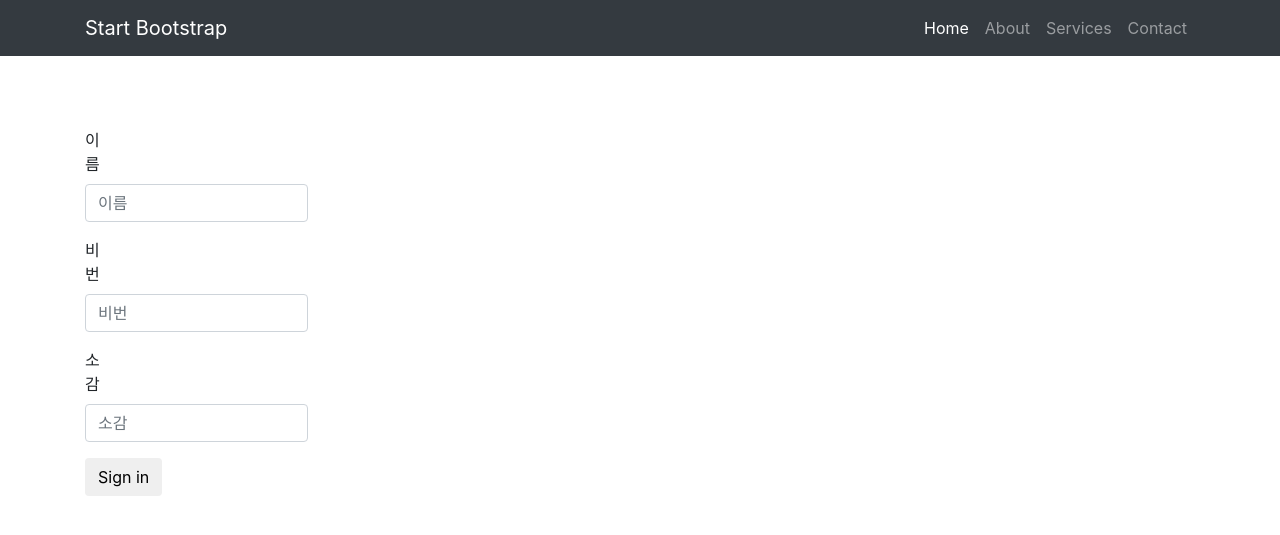
Repository: lukawitch/DB_Homework
Page: http://localhost/DB_Gallary/CwriteForm.jsp
The author's editor kept a copy of each file at every save. The page is drawn from the files as they stood at one save, then again after the next save.
The browser window is 1280 px wide. The pictures show the whole page.
The page is served by Tomcat 9.

Above is the page before, as saved 2018-06-10 05:33:56.

After the next save:
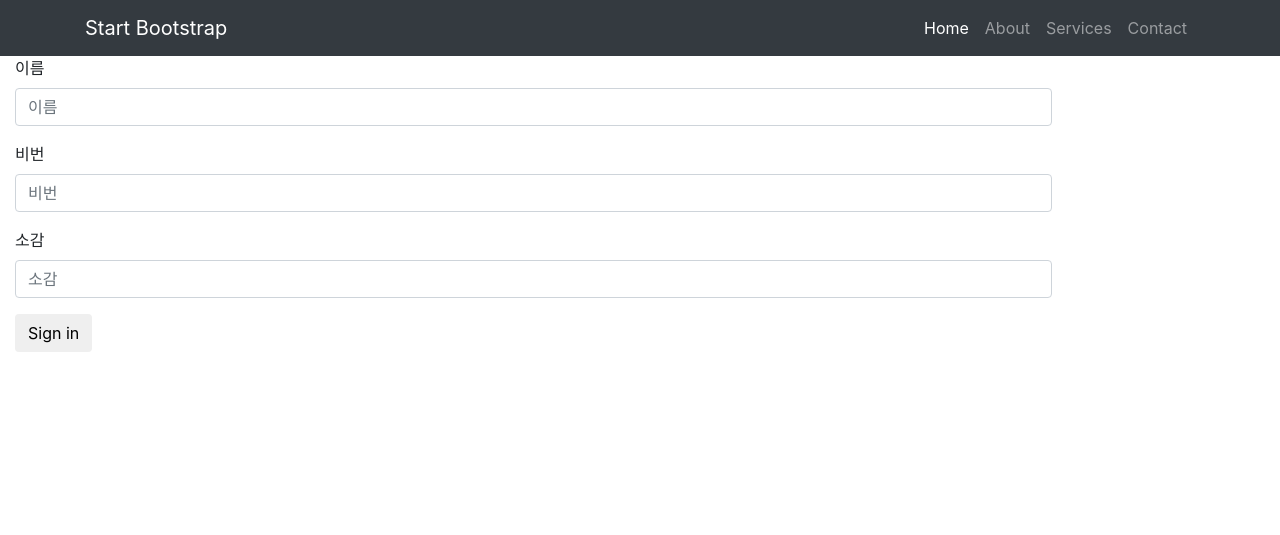
Saved 10 min 6 s later.
--- a/DB_Gallary/WebContent/CwriteForm.jsp
+++ b/DB_Gallary/WebContent/CwriteForm.jsp
@@ -8,12 +8,6 @@
 <body>
  <%@include file="nav.jsp"%>
 
- <div class="container">
-      <br>
-   <br>
-   <br>
-
-      <div class="row">
 <form class="form-horizontal" action="Cwrite.jsp" method="post">
   <div class="form-group">
     <label for="inputEmail3" class="col-sm-2 control-label">이름</label>
@@ -40,8 +34,7 @@
     </div>
   </div>
 </form>
-</div>
-</div>
+
   <%@include file="footer.jsp"%>
 </body>
 </html>
